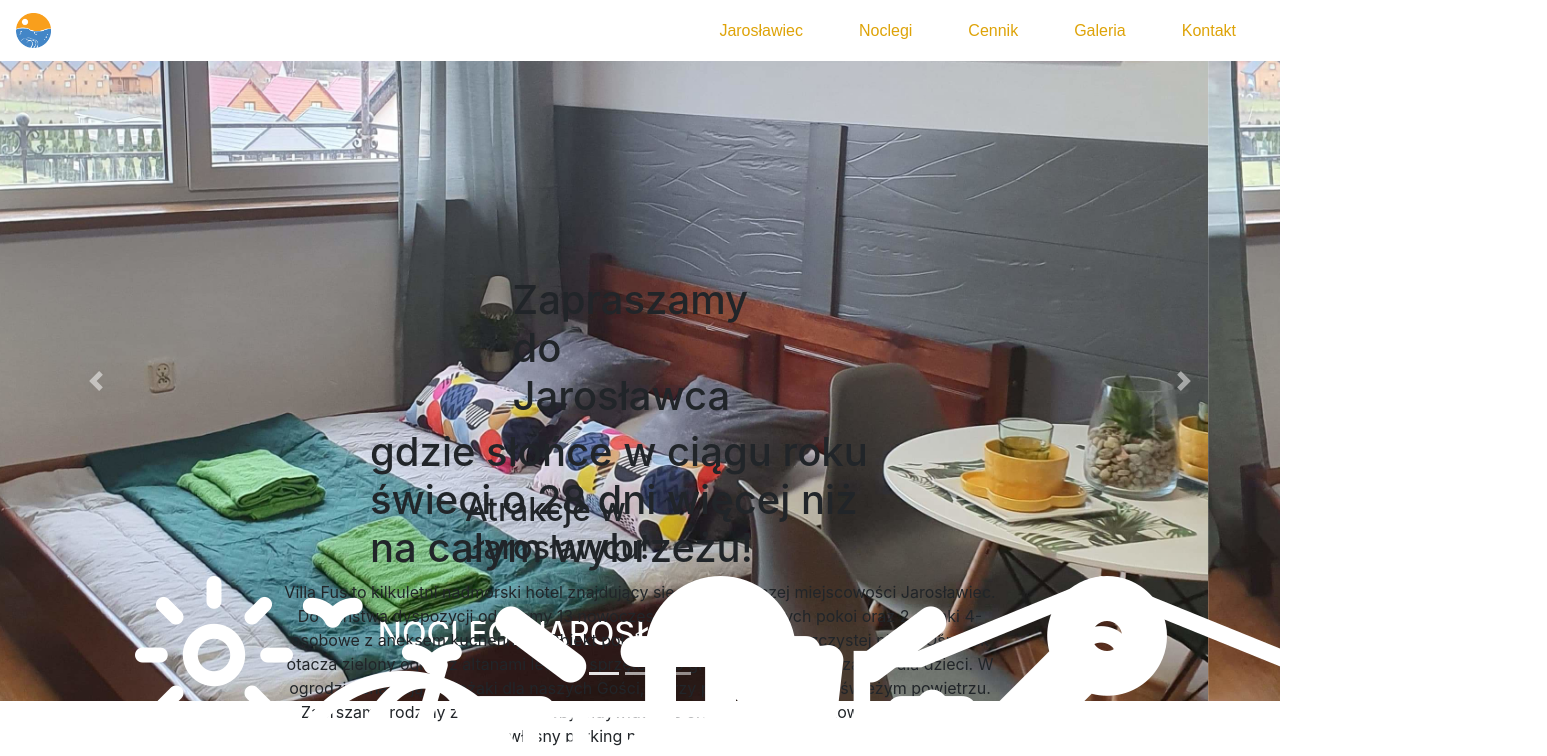
Repository: ArturDr/meduza_jaroslawiec
Page: http://localhost/
An editor plug-in stored every save of this project. The page is shown before and after the next save, followed by the edit.
The browser window is 1280 px wide. The page is 1547 px wide, so the pictures cover 1547 px, including what lies to the right of the window. The pictures show the part of the page from y = 0 to 756 px (the page is 2147 px tall before and 2620 px after).
The page is run by PHP 8.4 with error messages shown; the project is at /var/www/html/.

Above is the page before, as saved 2020-06-01 21:42:18.
Console error: ReferenceError: baguetteBox is not defined

After the next save:
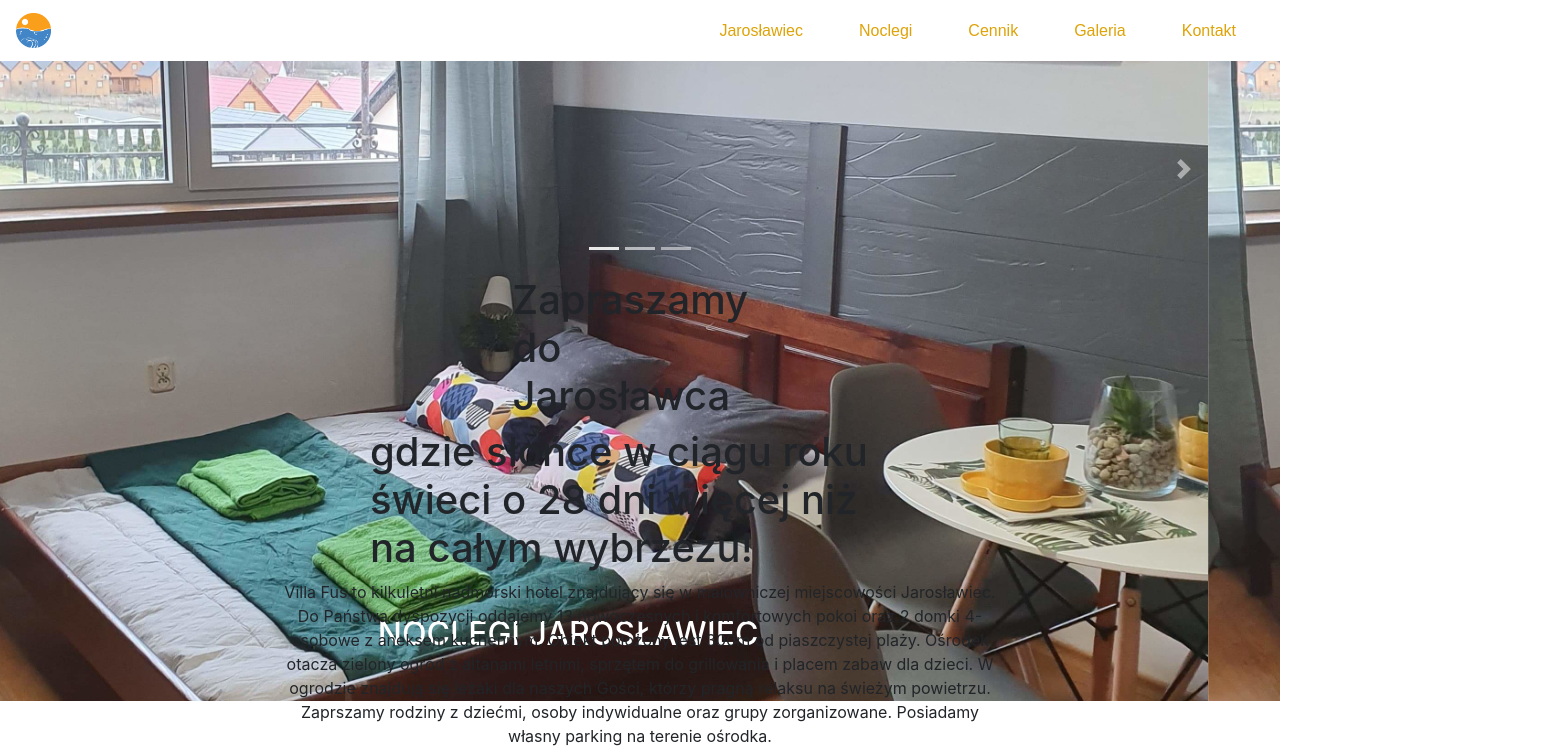
Saved 2 min 29 s later.
--- a/medjar/css/style.css
+++ b/medjar/css/style.css
@@ -8,7 +8,7 @@
     margin: 0 20px;
 }
 
-#sec1 {
+#carouselGallery {
     height: 215px;
 }
 
